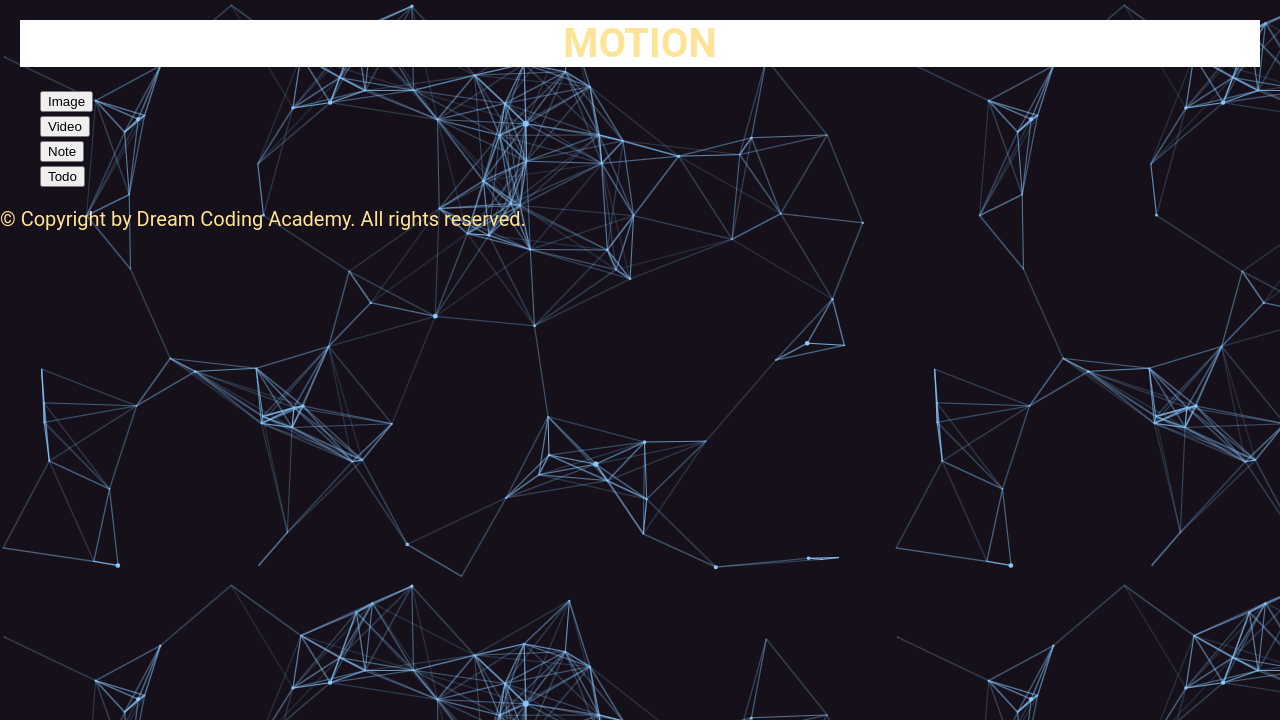
Repository: chefkuna/Motion
Page: index.html
An editor plug-in stored every save of this project. The page is shown before and after the next save, followed by the edit.
The browser window is 1280 px wide. The pictures show the whole page.

Above is the page before, as saved 2022-08-21 14:40:46.

### index.html
<!DOCTYPE html>
<html lang="en">
<head>
  <meta charset="UTF-8">
  <meta http-equiv="X-UA-Compatible" content="IE=edge">
  <meta name="viewport" content="width=device-width, initial-scale=1.0">
  <title>Motion</title>
  <link rel="stylesheet" href="./style/style.css">
  <script src='./dist/app.js' defer></script>
</head>
<body>
  <div class="app">
    <header class='banner'>
      <h1 class="banner__title">MOTION</h1>
      <ul class="control-panel">
        <li><button id='new-image' class="create-button">Image</button></li>
        <li><button id='new-video' class="create-button">Video</button></li>
        <li><button id='new-note' class="create-button">Note</button></li>
        <li><button id='new-todo' class="create-button">Todo</button></li>
      </ul>
    </header>
    <main class='document'></main>
    <footer class="footer">
      <p>© Copyright by Dream Coding Academy. All rights reserved.</p>
    </footer>
  </div>

</body>
</html>

### style/style.css
:root {
  --bg-main-color: #00000080;
  --bg-accent-color: #89c9ff;
  --accent-color: #1b98ff;
  --text-accent-color: #ffe498;
  --text-edit-bg-color: #575757;
  --border-color: #3f3f3f;
  --shadow-color: #202020;
  --document-bg-color: #68686850;
  --component-bg-gradient: radial-gradient(circle, #646464e6 0%, #363636e6 100%);
  --smokywhite: #dddbd8;
  --black: #000000;
  --translucent-black: #00000099;
}



li {
  list-style: none;
  padding-left: 0;
}

p {
  color: var(--text-accent-color);
}

body {
  background: url('../assets/background.png');
  font-family: Roboto, Oxygen, sans-serif;
  display: flex;
  justify-content: center;
  height: 100vh;
  overflow: auto;
  font-size: 1.25rem;
  margin: 0;
}

.app {
  width: 100%;
}

.banner__title {
  background-color: #fff;
  color: var(--text-accent-color);
  margin: 20px;
  text-align: center;
}

Loaded but not shown: dist/app.js (no copy from this time; the picture is the same without it)

After the next save:
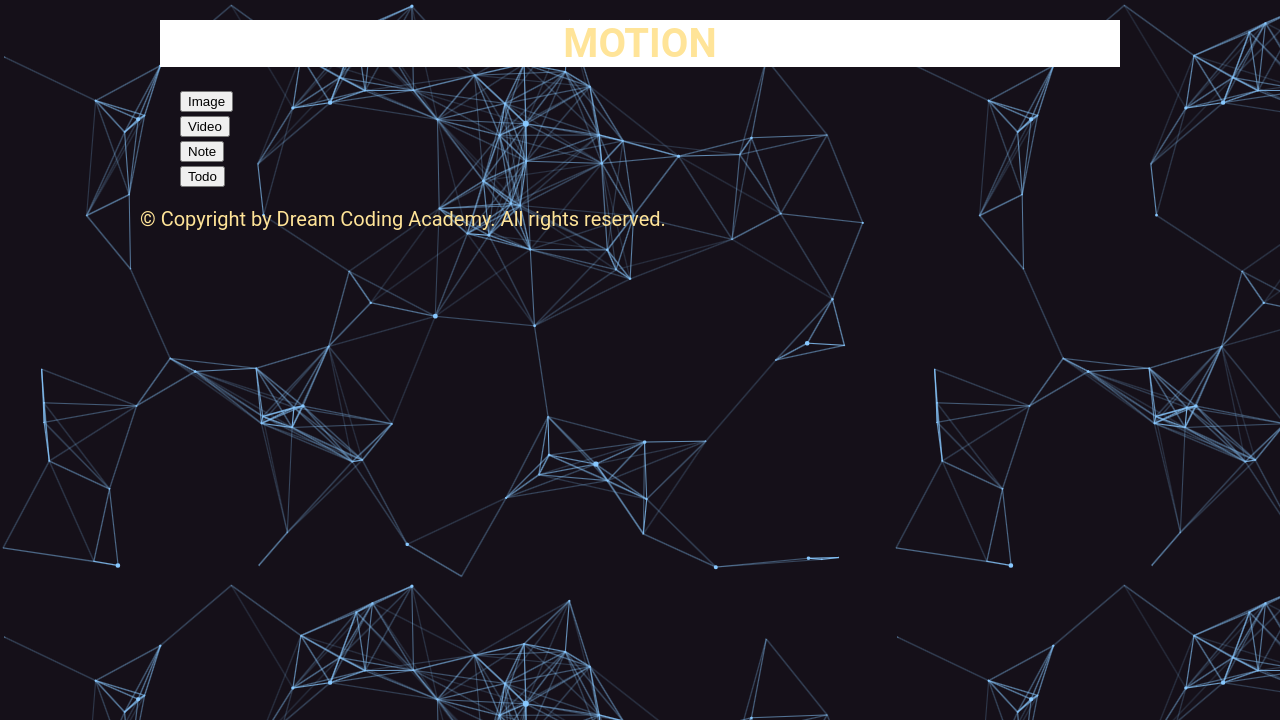
Saved 6 s later.
--- a/style/style.css
+++ b/style/style.css
@@ -37,6 +37,7 @@ body {
 
 .app {
   width: 100%;
+  max-width: 1000px;
 }
 
 .banner__title {
